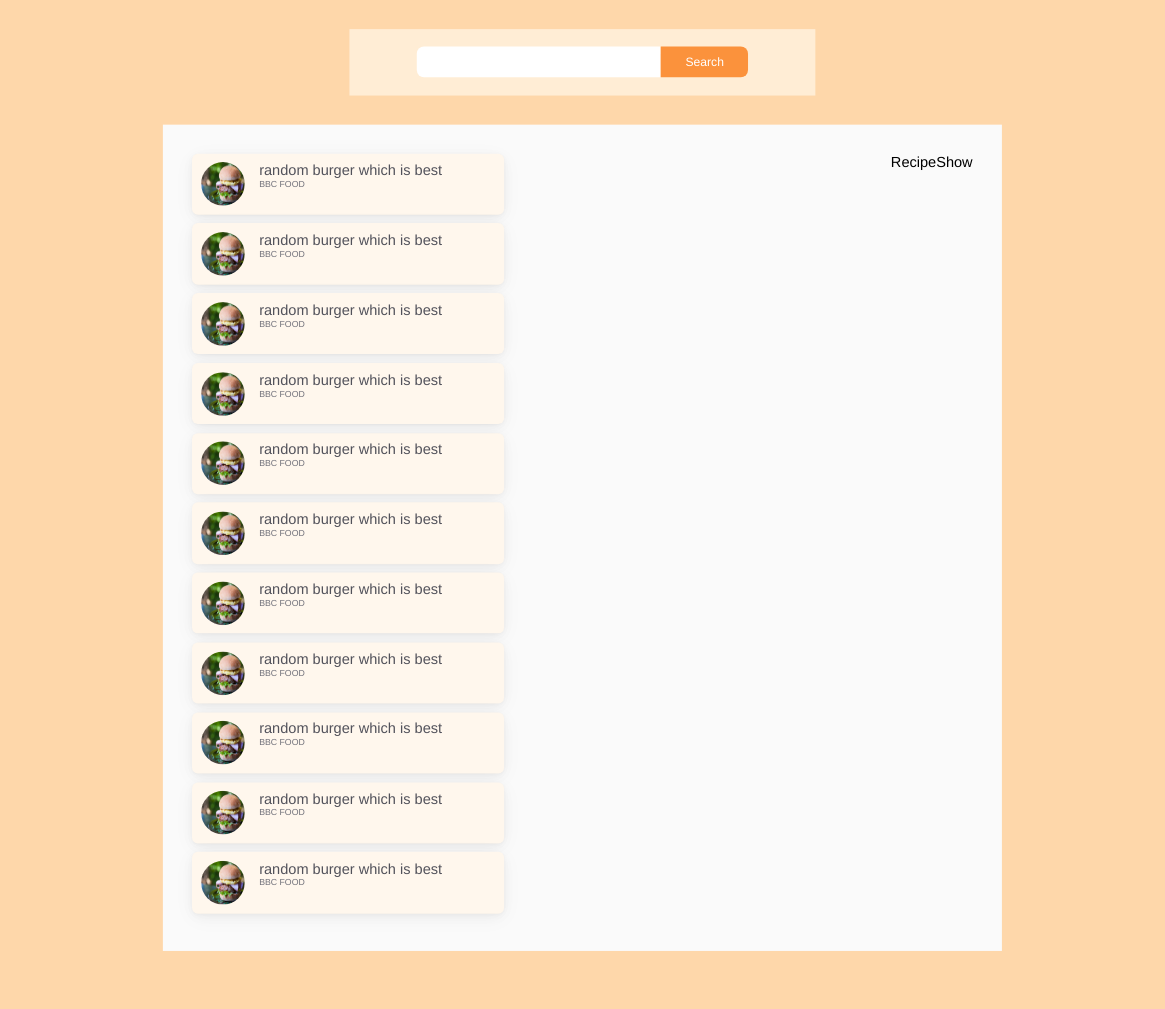
Repository: sandipkarmokar/recipeApp
Page: /
The author's editor kept a copy of each file at every save. The page is drawn from the files as they stood at one save, then again after the next save.
The browser window is 1280 px wide. The pictures show the whole page, at 91% of full size.
The project was rebuilt for these pictures with package versions that can differ from the ones it lists, and the page was loaded fresh each time.

Above is the page before, as saved 2022-04-16 12:21:51.

### src/App.js
import { useState } from 'react';
import './App.css';
import SearchBar from './components/searchBar';
import ListView from './components/listView';
import RecipeShow from './components/recipeShow';

const App = () => {
    const [query, setQuery] = useState('');
    const [recipeList, setRecipeList] = useState([]);
    const [isLoading, setIsLoading] = useState(true);
    const [recipeId, setRecipeId] = useState('');

    const url = `https://forkify-api.herokuapp.com/api/search?q=${query}`;
    const recipeUrl = `https://forkify-api.herokuapp.com/api/get?rId=${recipeId}`;

    return (
        <div className="app">
            <div className="app-container">
                <SearchBar></SearchBar>
                <div className="recipe-modal">
                    <ListView></ListView>
                    <RecipeShow></RecipeShow>
                </div>
            </div>
        </div>
    );
};

export default App;

### src/App.css
* {
    margin: 0;
    padding: 0;
    box-sizing: border-box;
    font-family: Helvetica, sans-serif;
}

.app {
    height: 100%;
    width: 100vw;
    background-color: #fed7aa;
}

.app .app-container {
    margin: 0 auto;
    width: 80%;
    padding: 2rem 0;
    display: flex;
    justify-content: center;
    flex-direction: column;
}

.app .app-container .searchBar {
    width: 50%;
    background-color: #ffedd5;
    padding: 1.2rem 1rem;
    margin: 0 auto;
    width: 50%;
    display: flex;
    justify-content: center;
}
.app .app-container .searchBar .searchBar-container {
    width: 80%;
    margin: 0 auto;
    display: flex;
    justify-content: center;
}
.app .app-container .searchBar .searchBar-container input {
    width: 70%;
    padding: 0.4rem 1rem;
    border: none;
    border-radius: 0.5rem 0 0 0.5rem;
}

.app .app-container .searchBar .searchBar-container button {
    width: 25%;
    padding: 0.6rem 1rem;
    background-color: #fb923c;
    border: none;
    color: #fff;
    border-radius: 0 0.5rem 0.5rem 0;
}

.app .app-container .recipe-modal {
    width: 90%;
    background-color: #fafafa;
    margin: 2rem auto;
    display: flex;
    justify-content: space-between;
    padding: 2rem;
}

.app .app-container .recipe-modal .recipeList {
    width: 40%;
}

.app
    .app-container
    .recipe-modal
    .recipeList
    .recipeList-container
    .recipe-item {
    display: flex;
    background-color: #fff7ed;
    padding: 0.6rem;
    margin-bottom: 0.6rem;
    box-shadow: 0px 5px 24px rgba(0, 0, 0, 0.04),
        0px 3.24074px 14.0556px rgba(0, 0, 0, 0.0303704),
        0px 1.92593px 7.64444px rgba(0, 0, 0, 0.0242963),
        0px 1px 3.9px rgba(0, 0, 0, 0.02),
        0px 0.407407px 1.95556px rgba(0, 0, 0, 0.0157037),
        0px 0.0925926px 0.944444px rgba(0, 0, 0, 0.00962963);
    border-radius: 0.4rem;
}
.app
    .app-container
    .recipe-modal
    .recipeList
    .recipeList-container
    .recipe-item
    img {
    height: 48px;
    width: 48px;
    border-radius: 100%;
}
.app
    .app-container
    .recipe-modal
    .recipeList
    .recipeList-container
    .recipe-item
    .info {
    display: flex;
    flex-direction: column;
    margin-left: 1rem;
}
.app
    .app-container
    .recipe-modal
    .recipeList
    .recipeList-container
    .recipe-item
    .info
    .title {
    color: #52525b;
    font-size: 1rem;
}
.app
    .app-container
    .recipe-modal
    .recipeList
    .recipeList-container
    .recipe-item
    .info
    .publisher {
    color: #71717a;
    font-size: 0.6rem;
}

### src/components/searchBar.js
import React from 'react';

const SearchBar = () => {
    return (
        <div className="searchBar">
            <form className="searchBar-container">
                <input type="text" />
                <button type="submit">Search</button>
            </form>
        </div>
    );
};

export default SearchBar;

### src/components/listView.js
import React from 'react';
import data from './data';

const ListView = () => {
    return (
        <div className="recipeList">
            <div className="recipeList-container">
                {data.map((el) => {
                    console.log(data);
                    return (
                        <div className="recipe-item">
                            <img src={el.img} alt="" />
                            <div className="info">
                                <p className="title">{el.title}</p>
                                <p className="publisher">{el.publisher}</p>
                            </div>
                        </div>
                    );
                })}
            </div>
        </div>
    );
};

export default ListView;

### src/components/recipeShow.js
import React from 'react';

const RecipeShow = () => {
    return <div>RecipeShow</div>;
};

export default RecipeShow;

### src/components/data.js
import image from '../components/food.jpg';

const data = [
    {
        id: 1,
        img: image,
        title: 'random burger which is best',
        publisher: 'BBC FOOD',
    },
    {
        id: 1,
        img: image,
        title: 'random burger which is best',
        publisher: 'BBC FOOD',
    },
    {
        id: 1,
        img: image,
        title: 'random burger which is best',
        publisher: 'BBC FOOD',
    },
    {
        id: 1,
        img: image,
        title: 'random burger which is best',
        publisher: 'BBC FOOD',
    },
    {
        id: 1,
        img: image,
        title: 'random burger which is best',
        publisher: 'BBC FOOD',
    },
    {
        id: 1,
        img: image,
        title: 'random burger which is best',
        publisher: 'BBC FOOD',
    },
    {
        id: 1,
        img: image,
        title: 'random burger which is best',
        publisher: 'BBC FOOD',
    },
    {
        id: 1,
        img: image,
        title: 'random burger which is best',
        publisher: 'BBC FOOD',
    },
    {
        id: 1,
        img: image,
        title: 'random burger which is best',
        publisher: 'BBC FOOD',
    },
    {
        id: 1,
        img: image,
        title: 'random burger which is best',
        publisher: 'BBC FOOD',
    },
    {
        id: 1,
        img: image,
        title: 'random burger which is best',
        publisher: 'BBC FOOD',
    },
];

export default data;

Loaded but not shown: public/index.html (common file); src/index.js (common file); src/index.css (common file); src/reportWebVitals.js (common file)

After the next save:
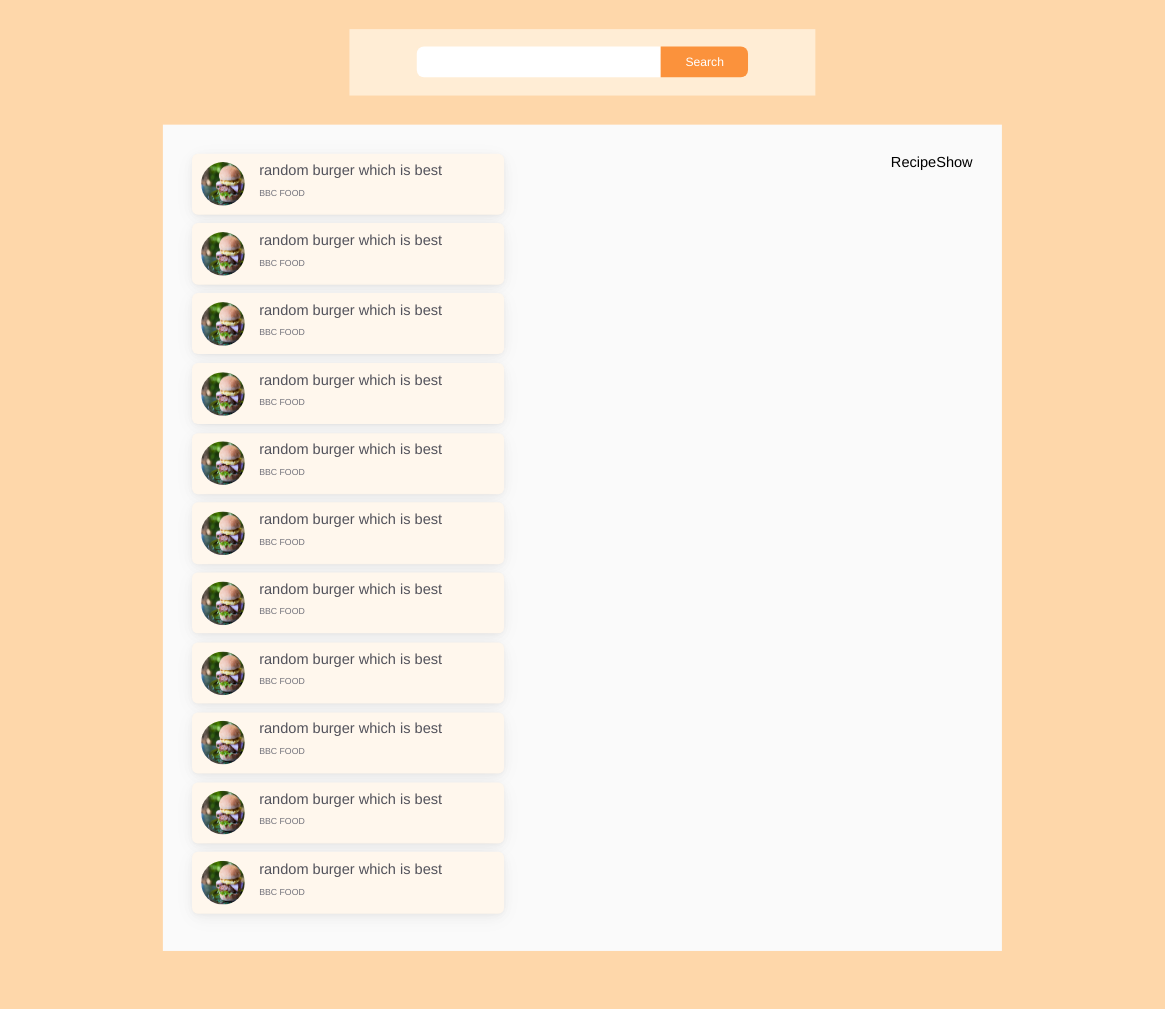
Saved 10 s later.
--- a/src/App.css
+++ b/src/App.css
@@ -125,4 +125,5 @@
     .publisher {
     color: #71717a;
     font-size: 0.6rem;
+    margin-top: 0.6rem;
 }
